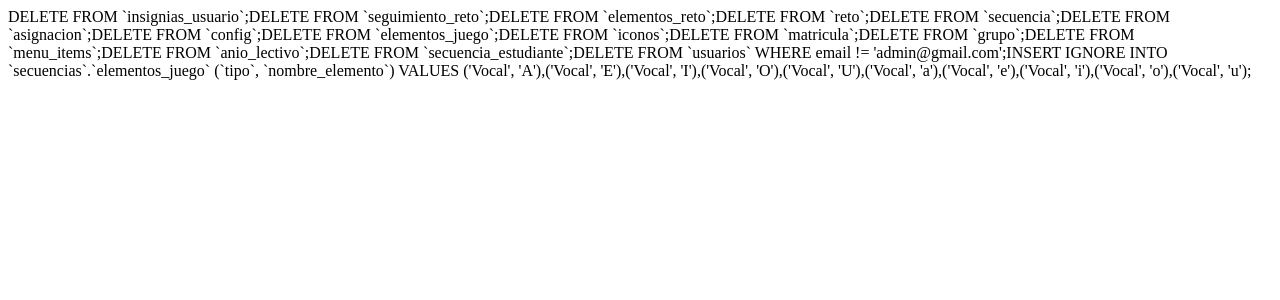
Repository: natoncia33/secuencias
Page: http://localhost/secuencias/eliminar_todo.php
The author's editor kept a record of every edit. The page is drawn from the files as they stood at one moment, then again after the next edit.
The browser window is 1280 px wide. The pictures show the whole page.
The page is run by PHP 8.4 with error messages shown; the project is at /var/www/html/.

Above is the page before.

### secuencias/eliminar_todo.php
<?php
require ("config/conexion.php");
$sql = "DELETE FROM `insignias_usuario`;";
$sql .= "DELETE FROM `seguimiento_reto`;";
$sql .= "DELETE FROM `elementos_reto`;";
$sql .= "DELETE FROM `reto`;";
$sql .= "DELETE FROM `secuencia`;";
$sql .= "DELETE FROM `asignacion`;";
#$sql .= "DELETE FROM `avatar`;";
$sql .= "DELETE FROM `config`;";
$sql .= "DELETE FROM `elementos_juego`;";
$sql .= "DELETE FROM `iconos`;";
#$sql .= "DELETE FROM `insignia`;";
$sql .= "DELETE FROM `matricula`;";
$sql .= "DELETE FROM `grupo`;";
$sql .= "DELETE FROM `menu_items`;";
$sql .= "DELETE FROM `anio_lectivo`;";
$sql .= "DELETE FROM `secuencia_estudiante`;";
$sql .= "DELETE FROM `usuarios` WHERE email != 'admin@gmail.com';";
$sql .= "INSERT IGNORE INTO `secuencias`.`elementos_juego` (`tipo`, `nombre_elemento`) VALUES ('Vocal', 'A'),('Vocal', 'E'),('Vocal', 'I'),('Vocal', 'O'),('Vocal', 'U'),('Vocal', 'a'),('Vocal', 'e'),('Vocal', 'i'),('Vocal', 'o'),('Vocal', 'u');";
echo $sql;
//$mysqli->multi_query($sql);
?>

### secuencias/config/conexion.php
<?php
/*
$servidorbd = 'sql211.55freehost.com';
$usuariobd = 'hzree_19182551';
$passwordbd = 'notieneclaveparaestesoftware';
$basededatos = 'hzree_19182551_secuencias';
*/
$servidorbd = 'localhost';
$usuariobd = 'secuencias';
$passwordbd = 'secuenciasaaam';
$basededatos = 'secuencias';
$mysqli = new mysqli ($servidorbd,$usuariobd,$passwordbd,$basededatos);
if (mysqli_connect_errno()){
echo "error".mysqli_connect_errno();}else{
if($mysqli){
mysqli_set_charset($mysqli,'utf8');
}
}
 ini_set('date.timezone', 'America/Bogota');
 date_default_timezone_set('America/Bogota');
$results = $mysqli->query("SET session wait_timeout=28800", FALSE);//solución error 2006
$results = $mysqli->query("SET session interactive_timeout=28800", FALSE);//solución error 2006
/*URL Raiz*/
$url_raiz = str_replace("\\","/",dirname(__FILE__));
$url_raiz = str_replace($_SERVER['DOCUMENT_ROOT'],"",$url_raiz);
$url_raiz = "//".$_SERVER['SERVER_NAME']."/".$url_raiz;
$url_raiz =  str_replace("config","",$url_raiz);

 ?>

After the next edit:
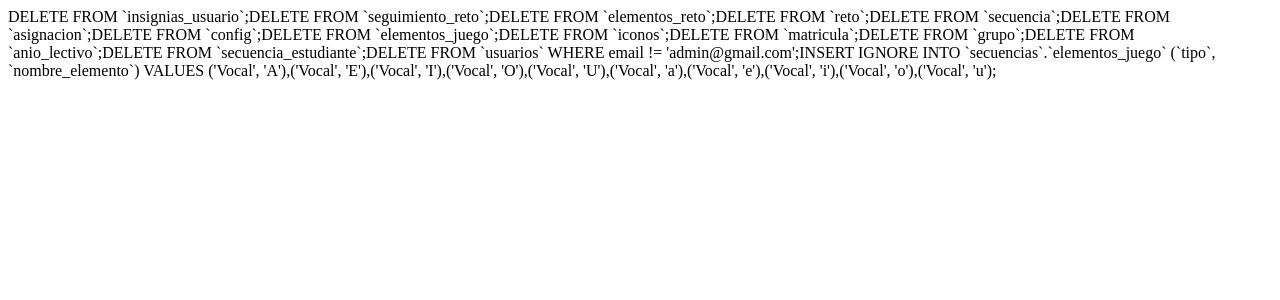
The edit:
--- a/secuencias/eliminar_todo.php
+++ b/secuencias/eliminar_todo.php
@@ -13,7 +13,6 @@
 #$sql .= "DELETE FROM `insignia`;";
 $sql .= "DELETE FROM `matricula`;";
 $sql .= "DELETE FROM `grupo`;";
-$sql .= "DELETE FROM `menu_items`;";
 $sql .= "DELETE FROM `anio_lectivo`;";
 $sql .= "DELETE FROM `secuencia_estudiante`;";
 $sql .= "DELETE FROM `usuarios` WHERE email != 'admin@gmail.com';";
